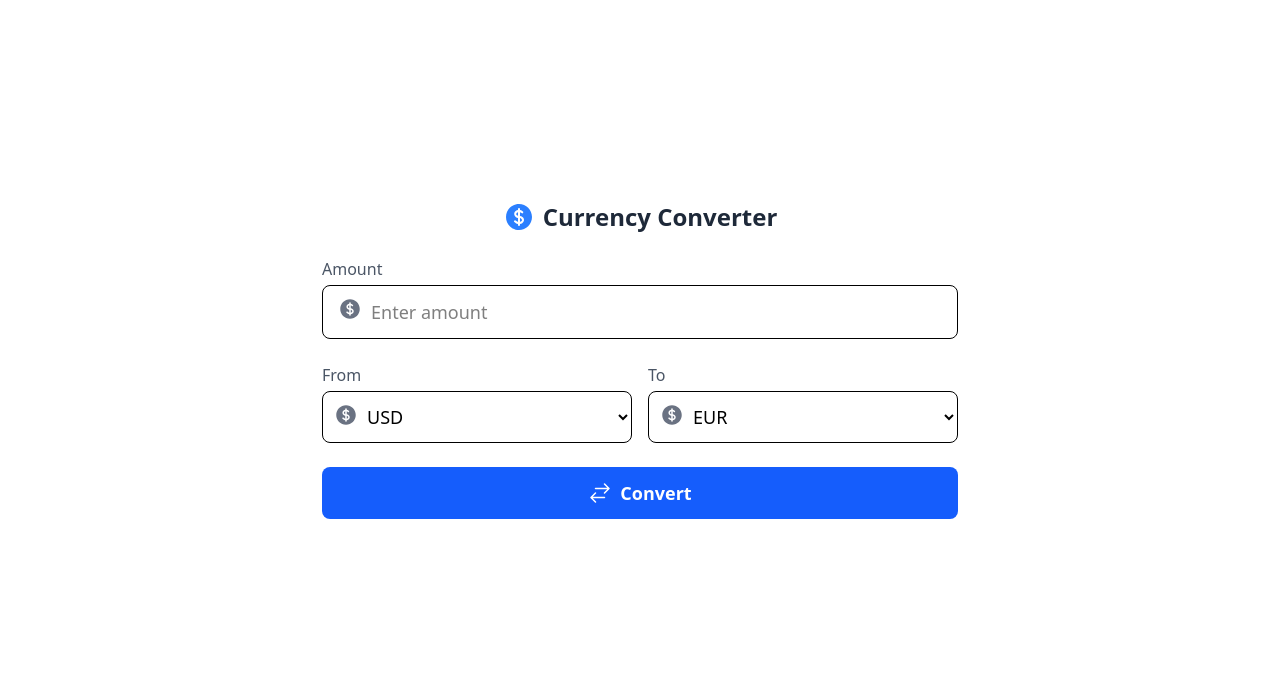
Repository: adrcstro/withcenter_developer_exam
Page: /
These files come from the project's save history. The page is drawn as it stood at one moment and after the next save; the edit follows.
The browser window is 1280 px wide. The pictures show the whole page.
The page's requests for data from a server got no answer. The project was rebuilt for these pictures with package versions that can differ from the ones it lists, and the page was loaded fresh each time. No one was signed in, and anything a server would have sent is missing. Also part of the build but not shown: vite.config.ts.

Above is the page before, as saved 2025-03-16 19:21:04.

### index.html
<!doctype html>
<html lang="en">
  <head>
    <meta charset="UTF-8" />
    <link rel="icon" type="image/svg+xml" href="/vite.svg" />
    <meta name="viewport" content="width=device-width, initial-scale=1.0" />
    <title>Vite + React + TS</title>
    <!-- public/index.html -->
  <link href="https://fonts.googleapis.com/css2?family=Montserrat:wght@300;400;500;700&display=swap" rel="stylesheet">


  </head>
  <body>
    <div id="root"></div>
    <script type="module" src="/src/main.tsx"></script>
  </body>
</html>

### src/main.tsx

import { createRoot } from 'react-dom/client'
import './index.css'
import App from './App.tsx'

createRoot(document.getElementById('root')!).render(

    <App />

)

### src/App.tsx
import { useState } from "react";
import { ArrowsRightLeftIcon, CurrencyDollarIcon } from "@heroicons/react/24/solid";


const currencies = ["USD", "EUR", "GBP", "JPY", "INR"];

function App() {
  const [amount, setAmount] = useState("");
  const [fromCurrency, setFromCurrency] = useState("USD");
  const [toCurrency, setToCurrency] = useState("EUR");
  const [convertedAmount, setConvertedAmount] = useState("");

  const handleConvert = () => {
    // Dummy conversion rate for UI demo
    const rate = 1.1;
    setConvertedAmount((parseFloat(amount) * rate).toFixed(2));
  };

  return (
    <div className="flex items-center justify-center min-h-screen bg-white">
      <div className="bg-white rounded-xl p-8 w-[700px]">
        <h2 className="text-2xl font-bold text-gray-800 text-center mb-6 flex items-center justify-center gap-2">
          <CurrencyDollarIcon className="w-8 h-8 text-blue-500" />
          Currency Converter
        </h2>

        {/* Amount Input */}
        <div className="mb-6">
          <label className="block text-gray-600 text-base font-medium">Amount</label>
          <div className="relative">
            <input
              type="number"
              value={amount}
              onChange={(e) => setAmount(e.target.value)}
              className="w-full mt-1 pl-12 pr-4 py-3 border rounded-lg text-lg focus:outline-none focus:ring-2 focus:ring-blue-400"
              placeholder="Enter amount"
            />
            <CurrencyDollarIcon className="w-6 h-6 text-gray-500 absolute left-4 top-4" />
          </div>
        </div>

        {/* Currency Selection */}
        <div className="flex gap-4 mb-6">
          <div className="w-1/2">
            <label className="block text-gray-600 text-base font-medium">From</label>
            <div className="relative">
              <select
                value={fromCurrency}
                onChange={(e) => setFromCurrency(e.target.value)}
                className="w-full mt-1 pl-10 pr-4 py-3 border rounded-lg text-lg focus:outline-none focus:ring-2 focus:ring-blue-400"
              >
                {currencies.map((currency) => (
                  <option key={currency} value={currency}>
                    {currency}
                  </option>
                ))}
              </select>
              <CurrencyDollarIcon className="w-6 h-6 text-gray-500 absolute left-3 top-4" />
            </div>
          </div>

          <div className="w-1/2">
            <label className="block text-gray-600 text-base font-medium">To</label>
            <div className="relative">
              <select
                value={toCurrency}
                onChange={(e) => setToCurrency(e.target.value)}
                className="w-full mt-1 pl-10 pr-4 py-3 border rounded-lg text-lg focus:outline-none focus:ring-2 focus:ring-blue-400"
              >
                {currencies.map((currency) => (
                  <option key={currency} value={currency}>
                    {currency}
                  </option>
                ))}
              </select>
              <CurrencyDollarIcon className="w-6 h-6 text-gray-500 absolute left-3 top-4" />
            </div>
          </div>
        </div>

        {/* Convert Button */}
        <button
          onClick={handleConvert}
          className="w-full bg-blue-600 hover:bg-blue-700 text-white text-lg font-semibold py-3 rounded-lg flex items-center justify-center gap-2 transition duration-300"
        >
          <ArrowsRightLeftIcon className="w-6 h-6" />
          Convert
        </button>

        {/* Converted Amount */}
        {convertedAmount && (
          <div className="mt-6 text-center">
            <p className="text-gray-800 text-xl">
              {amount} {fromCurrency} = <span className="font-bold text-green-600">{convertedAmount} {toCurrency}</span>
            </p>
          </div>
        )}
      </div>
    </div>
  );
}

export default App;

Loaded but not shown: src/index.css (common file)

After the next save:
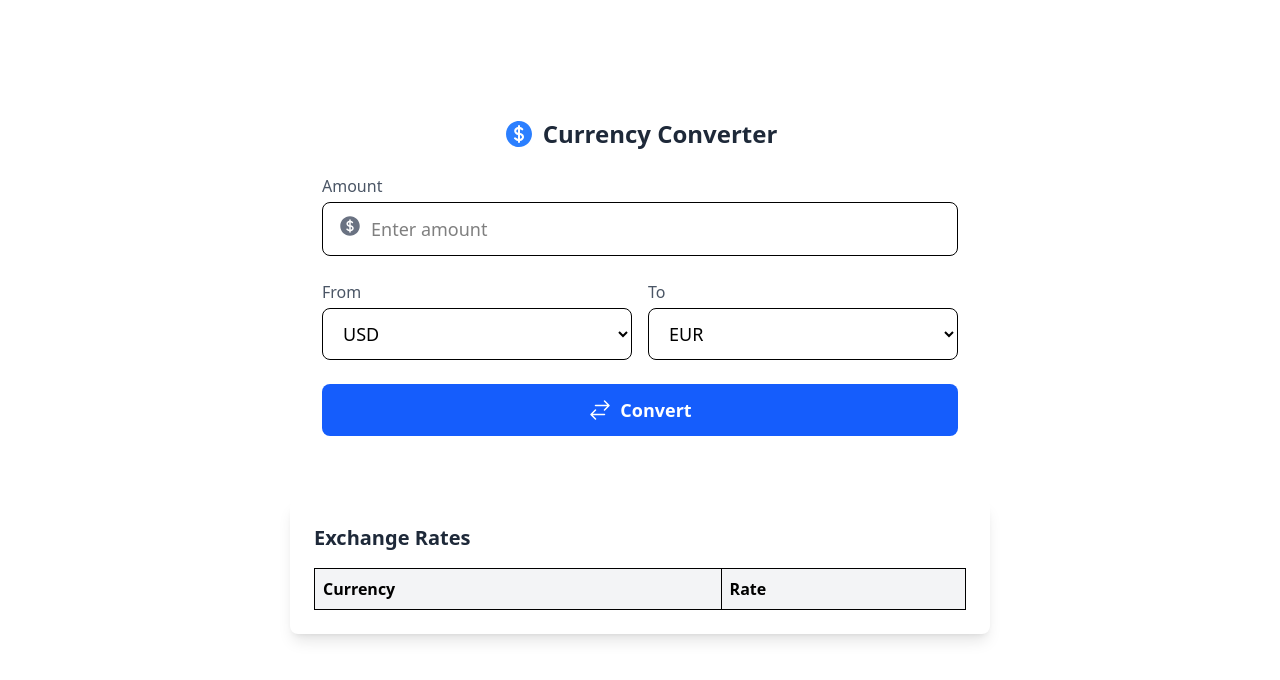
Saved 12 min 56 s later.
--- a/src/App.tsx
+++ b/src/App.tsx
@@ -1,30 +1,38 @@
-import { useState } from "react";
+import { useState, useEffect } from "react";
 import { ArrowsRightLeftIcon, CurrencyDollarIcon } from "@heroicons/react/24/solid";
 
-
 const currencies = ["USD", "EUR", "GBP", "JPY", "INR"];
+const API_KEY = "a532237798c886cb201fa22c";
+const API_URL = `https://api.exchangerate-api.com/v4/latest/`;
 
 function App() {
   const [amount, setAmount] = useState("");
   const [fromCurrency, setFromCurrency] = useState("USD");
   const [toCurrency, setToCurrency] = useState("EUR");
   const [convertedAmount, setConvertedAmount] = useState("");
+  const [exchangeRates, setExchangeRates] = useState({});
+
+  useEffect(() => {
+    fetch(`${API_URL}${fromCurrency}`)
+      .then((response) => response.json())
+      .then((data) => setExchangeRates(data.rates))
+      .catch((error) => console.error("Error fetching exchange rates:", error));
+  }, [fromCurrency]);
 
   const handleConvert = () => {
-    // Dummy conversion rate for UI demo
-    const rate = 1.1;
-    setConvertedAmount((parseFloat(amount) * rate).toFixed(2));
+    if (exchangeRates[toCurrency]) {
+      setConvertedAmount((parseFloat(amount) * exchangeRates[toCurrency]).toFixed(2));
+    }
   };
 
   return (
-    <div className="flex items-center justify-center min-h-screen bg-white">
+    <div className="flex items-center justify-center min-h-screen bg-white flex-col">
       <div className="bg-white rounded-xl p-8 w-[700px]">
         <h2 className="text-2xl font-bold text-gray-800 text-center mb-6 flex items-center justify-center gap-2">
           <CurrencyDollarIcon className="w-8 h-8 text-blue-500" />
           Currency Converter
         </h2>
 
-        {/* Amount Input */}
         <div className="mb-6">
           <label className="block text-gray-600 text-base font-medium">Amount</label>
           <div className="relative">
@@ -39,55 +47,40 @@ function App() {
           </div>
         </div>
 
-        {/* Currency Selection */}
         <div className="flex gap-4 mb-6">
           <div className="w-1/2">
             <label className="block text-gray-600 text-base font-medium">From</label>
-            <div className="relative">
-              <select
-                value={fromCurrency}
-                onChange={(e) => setFromCurrency(e.target.value)}
-                className="w-full mt-1 pl-10 pr-4 py-3 border rounded-lg text-lg focus:outline-none focus:ring-2 focus:ring-blue-400"
-              >
-                {currencies.map((currency) => (
-                  <option key={currency} value={currency}>
-                    {currency}
-                  </option>
-                ))}
-              </select>
-              <CurrencyDollarIcon className="w-6 h-6 text-gray-500 absolute left-3 top-4" />
-            </div>
+            <select
+              value={fromCurrency}
+              onChange={(e) => setFromCurrency(e.target.value)}
+              className="w-full mt-1 pl-4 pr-4 py-3 border rounded-lg text-lg focus:outline-none focus:ring-2 focus:ring-blue-400"
+            >
+              {currencies.map((currency) => (
+                <option key={currency} value={currency}>{currency}</option>
+              ))}
+            </select>
           </div>
-
           <div className="w-1/2">
             <label className="block text-gray-600 text-base font-medium">To</label>
-            <div className="relative">
-              <select
-                value={toCurrency}
-                onChange={(e) => setToCurrency(e.target.value)}
-                className="w-full mt-1 pl-10 pr-4 py-3 border rounded-lg text-lg focus:outline-none focus:ring-2 focus:ring-blue-400"
-              >
-                {currencies.map((currency) => (
-                  <option key={currency} value={currency}>
-                    {currency}
-                  </option>
-                ))}
-              </select>
-              <CurrencyDollarIcon className="w-6 h-6 text-gray-500 absolute left-3 top-4" />
-            </div>
+            <select
+              value={toCurrency}
+              onChange={(e) => setToCurrency(e.target.value)}
+              className="w-full mt-1 pl-4 pr-4 py-3 border rounded-lg text-lg focus:outline-none focus:ring-2 focus:ring-blue-400"
+            >
+              {currencies.map((currency) => (
+                <option key={currency} value={currency}>{currency}</option>
+              ))}
+            </select>
           </div>
         </div>
 
-        {/* Convert Button */}
         <button
           onClick={handleConvert}
           className="w-full bg-blue-600 hover:bg-blue-700 text-white text-lg font-semibold py-3 rounded-lg flex items-center justify-center gap-2 transition duration-300"
         >
-          <ArrowsRightLeftIcon className="w-6 h-6" />
-          Convert
+          <ArrowsRightLeftIcon className="w-6 h-6" /> Convert
         </button>
 
-        {/* Converted Amount */}
         {convertedAmount && (
           <div className="mt-6 text-center">
             <p className="text-gray-800 text-xl">
@@ -96,6 +89,27 @@ function App() {
           </div>
         )}
       </div>
+
+      {/* Exchange Rate Table */}
+      <div className="mt-8 w-[700px] bg-white p-6 rounded-lg shadow-lg">
+        <h3 className="text-xl font-semibold text-gray-800 mb-4">Exchange Rates</h3>
+        <table className="w-full border-collapse border border-gray-200">
+          <thead>
+            <tr className="bg-gray-100">
+              <th className="border p-2 text-left">Currency</th>
+              <th className="border p-2 text-left">Rate</th>
+            </tr>
+          </thead>
+          <tbody>
+            {Object.entries(exchangeRates).map(([currency, rate]) => (
+              <tr key={currency} className="border-b">
+                <td className="border p-2">{currency}</td>
+                <td className="border p-2">{rate.toFixed(2)}</td>
+              </tr>
+            ))}
+          </tbody>
+        </table>
+      </div>
     </div>
   );
 }
